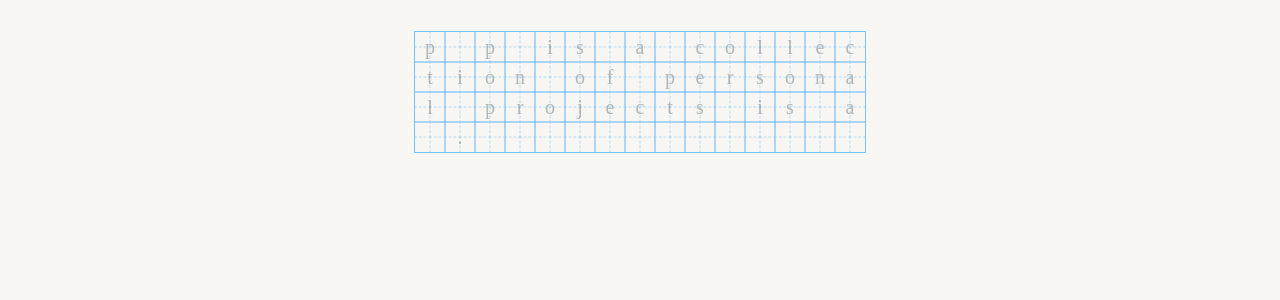
Repository: pyrcl090/p-p
Page: index.html
The author's editor kept a copy of each file at every save. The page is drawn from the files as they stood at one save, then again after a run of saves.
The browser window is 1280 px wide. The pictures show the whole page.
The page's requests for data from a server got no answer. Some web fonts or font styles are not loaded; a fallback is used.

Above is the page before, as saved 2025-04-19 23:09:09.

### index.html
<!DOCTYPE html>
<html lang="en">
<head>
    <meta charset="UTF-8">
    <meta name="viewport" content="width=device-width, initial-scale=1.0">
    <title>P</title>
    <link rel="stylesheet" href="style.css">
</head>
<body>

    <div class="grid-wrapper">
        <div class="grid-border" id="grid-border">
          <!-- JavaScript will populate .grid-item elements here -->
        </div>
      </div>

        <!-- <div class="grid-wrapper">
          <div class="grid-container"></div>
          <div class="overlay-grid"></div>
        </div> -->

        <script src="script.js" async defer></script>
</body>
</html>

### style.css
@font-face {
  font-family: 'HMP';
  src: url("./assets/hiragino-maru-gothic-pron-w4.otf") format("truetype");
}

a {
  color: rgb(167, 151, 0);
  opacity: .5;
}

html, body {
  background-color: rgb(247, 246, 242);
  margin: 0;
  padding: 0;
  font-family: 'HMP';
}

body {

}

.grid-wrapper {
  padding: 2em;
  display: flex;
  justify-content: flex-start;
  align-items: center;
  flex-direction: column;
  width: 100%;
  min-height: 100vh;
  box-sizing: border-box;
}

.grid-border {
  display: flex;
  flex-direction: column;
  align-items: center;
  gap: 2em;
}

/* Inner container holding grid + overlay */
.grid-wrapper-inner {
  position: relative;
  display: inline-block;
  line-height: 0;
}

/* Grid background */
.grid-columns-rows {
  display: grid;
  grid-template-columns: repeat(15, 30px);
  grid-auto-rows: 30px;
  gap: 0;
  outline: 1px solid rgb(88, 181, 253);
  pointer-events: none;
  z-index: 1;
}

/* Each subcell (quad layout) */
.grid-columns-rows .grid-item {
  display: grid;
  grid-template-columns: repeat(2, 1fr);
  grid-template-rows: repeat(2, 1fr);
  width: 30px;
  height: 30px;
  outline: 0.5px solid rgb(88, 181, 253);
  opacity: 0.6;
}

.sub-cell {
  outline: 0.15px dashed rgb(88, 181, 253);
  opacity: 0.4;
  width: 100%;
  height: 100%;
}

/* Overlaid text */
.grid-content {
  display: grid;
  grid-template-columns: repeat(15, 30px);
  grid-auto-rows: 30px;
  gap: 0;
  position: absolute;
  top: 0;
  left: 0;
  z-index: 2;
}

.overlay-item {
  width: 30px;
  height: 30px;
  font-size: 20px;
  text-align: center;
  display: flex;
  justify-content: center;
  align-items: center;
  font-family: 'HMP';
  color: rgba(113, 113, 113, 0.6);
  line-height: 1;
  white-space: nowrap;
  pointer-events: auto;
}

.grid-image {
  width: 100%;  /* Ensure it fills the available width of the wrapper */
  display: block;  /* Block display to avoid inline issues */
  object-fit: contain;  /* Maintain aspect ratio and fit within the container */
  max-height: calc(30px * 10);  /* Ensure the image doesn't exceed the height of 5 rows */
  margin: 0; /* Remove any default margin */
  opacity: .8;
}

.grid-image-wrapper {
  display: flex;  /* Flexbox enables easy alignment of the image */
  justify-content: center;  /* Default alignment to center, you can change it via JS */
  align-items: center;  /* Vertically center the image */
  width: 100%;  /* Make sure it spans the full width of the grid column */
  height: calc(30px * 5);  /* Ensure it takes up exactly 5 rows in height */
}

.grid-item {
  display: flex;
  flex-direction: column;
  width: fit-content;
  opacity: .8;
}

.grid-item.channel-name {
  cursor: pointer;
}

.grid-item.channel-content {
  display: none;
}
/* .content-separator {
  grid-column: span 15;
  height: 30px;
} */

### script.js

const channels = [
  'p-pp-vz1bkeezvp0',
  'read-re_d-rode',
  'putaiinnnnn'
];

const gridBorder = document.getElementById('grid-border');
const cols = 15;
const cellSize = 30;
let currentlyOpenId = null;
const loadedChannels = new Set();

// Optional menu content
const menuItems = [
  {
    content: "p p is a collection of personal projects is a ."
  }
];

function createGridStructure(numItems) {
  const grid = document.createElement('div');
  grid.className = 'grid-columns-rows';
  const rows = Math.ceil(numItems / cols);
  const totalCells = rows * cols;

  for (let i = 0; i < totalCells; i++) {
    const cell = document.createElement('div');
    cell.className = 'grid-item';

    for (let j = 0; j < 4; j++) {
      const sub = document.createElement('div');
      sub.className = 'sub-cell';
      cell.appendChild(sub);
    }

    grid.appendChild(cell);
  }

  return grid;
}

function createOverlayItem(char, isLink = false, href = '') {
  const div = document.createElement('div');
  div.className = 'overlay-item';

  if (isLink) {
    const a = document.createElement('a');
    a.href = href;
    a.target = '_blank';
    a.textContent = char;
    a.style.textDecoration = 'none';
    a.style.color = 'inherit';
    div.appendChild(a);
  } else {
    div.textContent = char;
  }

  return div;
}

function addTextBlock(text, container) {
  for (const char of text) {
    const div = createOverlayItem(char);
    container.appendChild(div);
  }

  const remainder = text.length % cols;
  if (remainder !== 0) {
    for (let i = 0; i < cols - remainder; i++) {
      container.appendChild(document.createElement('div'));
    }
  }
}

function createMenuItem(menuData) {
  const textContent = menuData.content;

  const contentItem = document.createElement('div');
  contentItem.className = 'grid-item channel-content';
  contentItem.style.display = 'block'; // Always visible

  const contentGrid = createGridStructure(textContent.length);
  const contentOverlay = document.createElement('div');
  contentOverlay.className = 'grid-content';

  addTextBlock(textContent, contentOverlay);

  const contentWrapper = document.createElement('div');
  contentWrapper.className = 'grid-wrapper-inner';
  contentWrapper.appendChild(contentGrid);
  contentWrapper.appendChild(contentOverlay);

  contentItem.appendChild(contentWrapper);
  gridBorder.appendChild(contentItem);
}

function fillChannelContent(contentEl, slug) {
  console.log('Fetching content for channel:', slug);
  fetch(`https://api.are.na/v2/channels/${slug}?per=100`)
    .then(res => res.json())
    .then(data => {
      let totalCells = 0;

      if (data.metadata?.description) {
        addTextBlock(data.metadata.description, contentEl);
        totalCells += data.metadata.description.length;
        totalCells += (cols - (data.metadata.description.length % cols)) % cols;
      }

      data.contents.forEach(block => {
        if (block.image?.display?.url) {
          const img = document.createElement('img');
          img.src = block.image.display.url;
          img.className = 'grid-image';
          const colSpan = 15;
          const rowSpan = 10;
          img.style.gridColumn = `span ${colSpan}`;
          img.style.gridRow = `span ${rowSpan}`;
          img.style.justifySelf = Math.random() > 0.5 ? 'flex-start' : 'flex-end';
          contentEl.appendChild(img);
          totalCells += colSpan * rowSpan;
        }

        if (block.file?.url) {
          const fileLink = document.createElement('a');
          fileLink.href = block.file.url;
          fileLink.target = '_blank';
          fileLink.textContent = `View file: ${block.file.name || 'Document'}`;
          contentEl.appendChild(fileLink);
          contentEl.appendChild(document.createElement('br'));
          totalCells += 2;
        }

        const text = block.content || block.title || block.body || '';
        if (text) {
          addTextBlock(text, contentEl);
          totalCells += text.length;
          totalCells += (cols - (text.length % cols)) % cols;
        }
      });

      const rowsNeeded = Math.ceil(totalCells / cols);
      const totalCellsNeeded = rowsNeeded * cols;

      const wrapper = contentEl.closest('.grid-wrapper-inner');
      const oldGrid = wrapper.querySelector('.grid-columns-rows');
      if (oldGrid) oldGrid.remove();

      const newGrid = createGridStructure(totalCellsNeeded);
      wrapper.insertBefore(newGrid, contentEl);

      loadedChannels.add(slug);
      console.log(`Content added for channel: ${slug}`);
    })
    .catch(error => console.error(`Error fetching data for channel ${slug}:`, error));
}

function toggleContent(id, slug) {
  const contentWrapper = document.getElementById(id);
  const contentItem = contentWrapper.closest('.channel-content');

  if (currentlyOpenId && currentlyOpenId !== id) {
    const prevWrapper = document.getElementById(currentlyOpenId);
    const prevItem = prevWrapper?.closest('.channel-content');
    if (prevItem) prevItem.style.display = 'none';
  }

  const isOpen = contentItem.style.display === 'block';

  if (isOpen) {
    contentItem.style.display = 'none';
    currentlyOpenId = null;
  } else {
    contentItem.style.display = 'block';
    currentlyOpenId = id;

    if (!loadedChannels.has(slug)) {
      fillChannelContent(contentWrapper, slug);
    }
  }
}

function createChannelItem(channelData, index) {
  const slug = channelData.slug;
  const title = channelData.title || `Channel ${index + 1}`;
  const contentId = `channel-content-${index}`;

  const nameItem = document.createElement('div');
  nameItem.className = 'grid-item channel-name';

  const grid = createGridStructure(title.length);
  const content = document.createElement('div');
  content.className = 'grid-content';

  for (const char of title) {
    const item = createOverlayItem(char);
    item.style.cursor = 'pointer';
    item.addEventListener('click', () => toggleContent(contentId, slug));
    content.appendChild(item);
  }

  const wrapper = document.createElement('div');
  wrapper.className = 'grid-wrapper-inner';
  wrapper.appendChild(grid);
  wrapper.appendChild(content);
  nameItem.appendChild(wrapper);
  gridBorder.appendChild(nameItem);

  const contentItem = document.createElement('div');
  contentItem.className = 'grid-item channel-content';
  contentItem.style.display = 'none';

  const contentGrid = createGridStructure(200);
  const contentOverlay = document.createElement('div');
  contentOverlay.className = 'grid-content';
  contentOverlay.id = contentId;

  const contentWrapper = document.createElement('div');
  contentWrapper.className = 'grid-wrapper-inner';
  contentWrapper.appendChild(contentGrid);
  contentWrapper.appendChild(contentOverlay);

  contentItem.appendChild(contentWrapper);
  gridBorder.appendChild(contentItem);
}

// Render menu items first
menuItems.forEach((item) => createMenuItem(item));

// Then fetch and render channels
channels.forEach((slug, index) => {
  fetch(`https://api.are.na/v2/channels/${slug}?per=1`)
    .then(res => res.json())
    .then(data => {
      data.slug = slug;
      createChannelItem(data, index);
    });
});

After the next 3 saves:
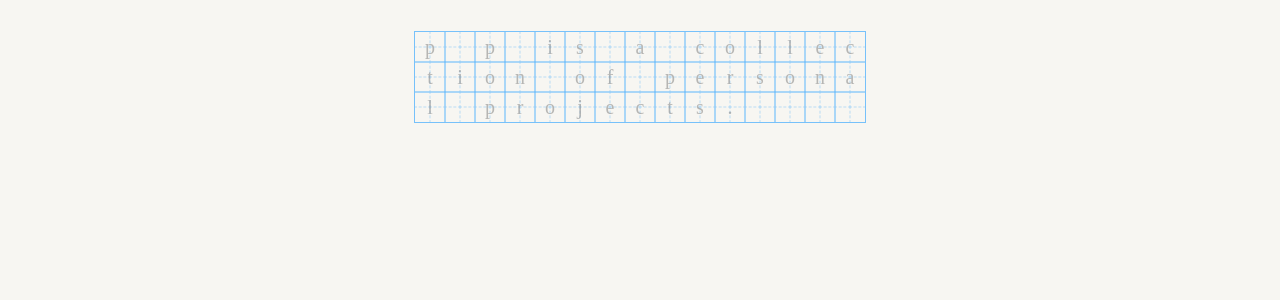
The 3 saves are shown as one change because they came seconds apart.
The last was saved 9 s later.
--- a/script.js
+++ b/script.js
@@ -14,7 +14,7 @@ const loadedChannels = new Set();
 // Optional menu content
 const menuItems = [
   {
-    content: "p p is a collection of personal projects is a ."
+    content: "p p is a collection of personal projects."
   }
 ];
 
